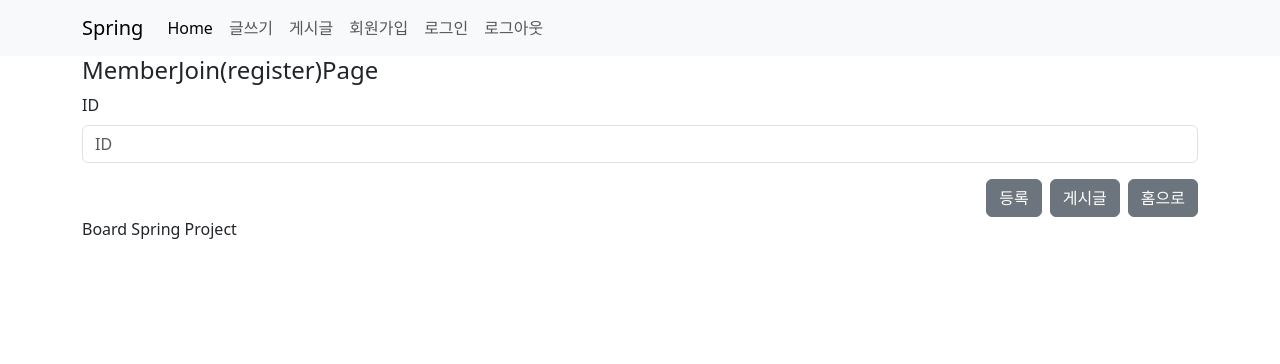
Repository: dasberaht/240430_SPRING_PROJECT
Page: http://localhost/spring_study/WEB-INF/views/member/register.jsp
The author's editor kept a copy of each file at every save. The page is drawn from the files as they stood at one save, then again after the next save.
The browser window is 1280 px wide. The pictures show the whole page.
The page is served by Tomcat 9. Nobody is signed in. The template is opened directly, without the code that normally fills it, so the values that code supplies are empty.

Above is the page before, as saved 2024-04-25 05:50:39.

After the next save:
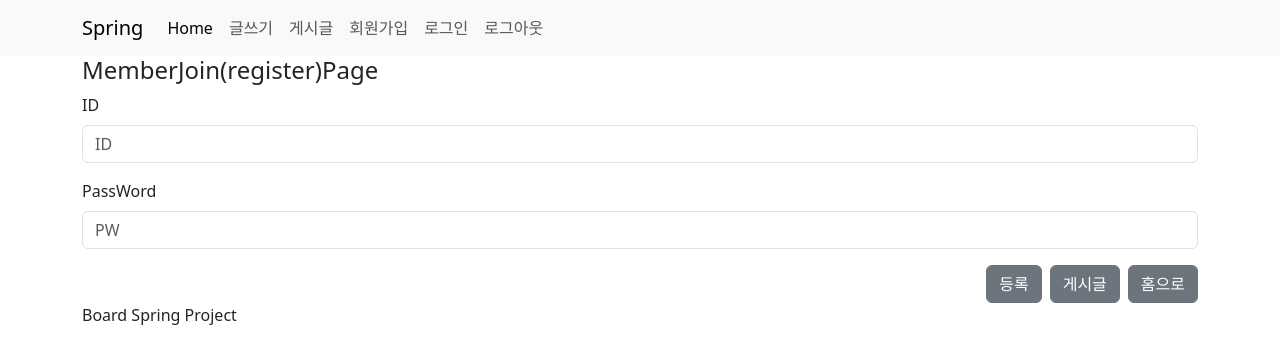
Saved 30 s later.
--- a/spring_study/src/main/webapp/WEB-INF/views/member/register.jsp
+++ b/spring_study/src/main/webapp/WEB-INF/views/member/register.jsp
@@ -10,6 +10,10 @@
 			  <label for="i" class="form-label">ID</label>
 			  <input type="text" class="form-control" name="id" id="i" placeholder="ID">
 			</div>
+			<div class="mb-3">
+			  <label for="p" class="form-label">PassWord</label>
+			  <input type="text" class="form-control" name="pw" id="p" placeholder="PW">
+			</div>
 
 
 			<div class="d-grid gap-2 d-md-flex justify-content-md-end">
